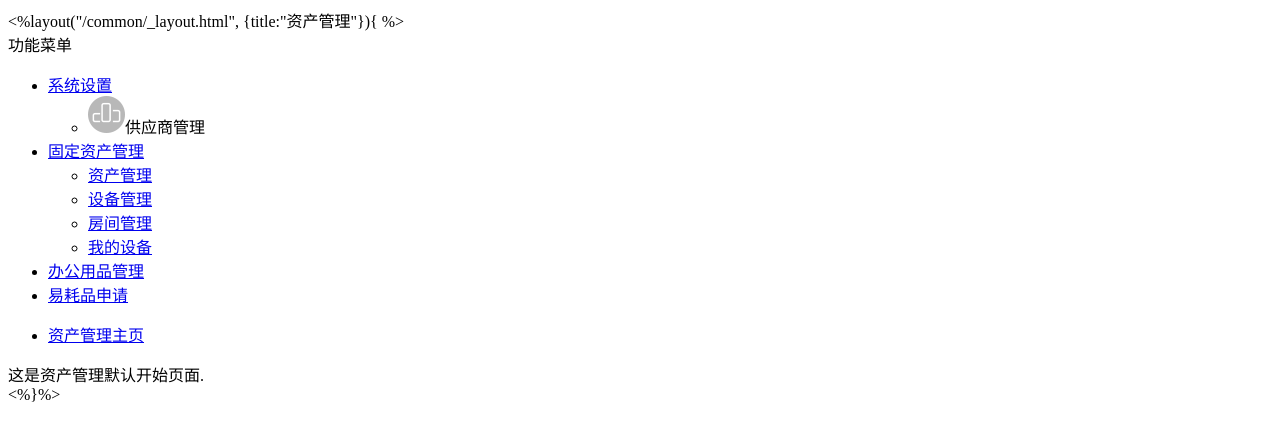
Repository: GaoChengliang/summerTask
Page: Campus_gcl/WebRoot/asset_management/asset.html
These files come from the project's save history. The page is drawn as it stood at one moment and after the next save; the edit follows.
The browser window is 1280 px wide. The pictures show the whole page.

Above is the page before, as saved 2015-09-09 01:17:13.
Console error: ReferenceError: jQuery is not defined

### Campus_gcl/WebRoot/asset_management/asset.html
<%layout("/common/_layout.html", {title:"资产管理"}){ %>
<div class="container-fluid">
	<div class="row">
		<div class="col-md-2 sidebar-2">
			<div class="sub-header">
				<div class="nav nac-sidebar font-style-background-blue">功能菜单</div>
			</div>

			<div class="mtree-demo">
				<ul class="mtree bubba">
					<li class="mtree-node"><a href="#">系统设置</a>
						<ul class="mtree-level-1">
							<li><a name="supplier_manage"><img src="/img/logo/supplier_manage.png" alt="供应商管理" height:"16px"/>供应商管理</a></li>
						</ul></li>

					<li class="mtree-node"><a href="#">固定资产管理</a>
						<ul class="mtree-level-1">
							<li><a href="#">资产管理</a></li>
							<li><a href="#">设备管理</a></li>
							<li><a href="#">房间管理</a></li>
							<li><a href="#">我的设备</a></li>
						</ul></li>
					<li><a href="#">办公用品管理</a></li>
					<li><a href="#">易耗品申请</a></li>
				</ul>
			</div>


		</div>
		<div class="col-md-10 col-md-offset-2">
			<div class="main">
				<div id="content">
					<div id="tabs">
						<ul>
							<li><a href="#home">资产管理主页</a></li>
						</ul>
						<div id="home">这是资产管理默认开始页面.</div>
					</div>
				</div>
			</div>
		</div>
	</div>
</div>
<script src="/js/sider/sider.js"></script>
<script src="/js/tabs/tab.js"></script>
<%}%>

### Campus_gcl/WebRoot/js/sider/sider.js
(function ($, window, document, undefined) {
	    if ($('ul.mtree').length) {
	        var collapsed = true;
	        var close_same_level = false;
	        var duration = 400;
	        var listAnim = true;
	        var easing = 'easeOutQuart';
	        $('.mtree ul').css({
	            'overflow': 'hidden',
	            'height': collapsed ? 0 : 'auto',
	            'display': collapsed ? 'none' : 'block'
	        });
	        var node = $('.mtree li:has(ul)');
	        node.each(function (index, val) {
	            $(this).children(':first-child').css('cursor', 'pointer');
	            $(this).addClass('mtree-node mtree-' + (collapsed ? 'closed' : 'open'));
	            $(this).children('ul').addClass('mtree-level-' + ($(this).parentsUntil($('ul.mtree'), 'ul').length + 1));
	        });
	        $('.mtree li > *:first-child').on('click.mtree-active', function (e) {
	            if ($(this).parent().hasClass('mtree-closed')) {
	                $('.mtree-active').not($(this).parent()).removeClass('mtree-active');
	                $(this).parent().addClass('mtree-active');
	            } else if ($(this).parent().hasClass('mtree-open')) {
	                $(this).parent().removeClass('mtree-active');
	            } else {
	                $('.mtree-active').not($(this).parent()).removeClass('mtree-active');
	                $(this).parent().toggleClass('mtree-active');
	            }
	        });
	        node.children(':first-child').on('click.mtree', function (e) {
	            var el = $(this).parent().children('ul').first();
	            var isOpen = $(this).parent().hasClass('mtree-open');
	            if ((close_same_level || $('.csl').hasClass('active')) && !isOpen) {
	                var close_items = $(this).closest('ul').children('.mtree-open').not($(this).parent()).children('ul');
	                if ($.Velocity) {
	                    close_items.velocity({ height: 0 }, {
	                        duration: duration,
	                        easing: easing,
	                        display: 'none',
	                        delay: 100,
	                        complete: function () {
	                            setNodeClass($(this).parent(), true);
	                        }
	                    });
	                } else {
	                    close_items.delay(100).slideToggle(duration, function () {
	                        setNodeClass($(this).parent(), true);
	                    });
	                }
	            }
	            el.css({ 'height': 'auto' });
	            if (!isOpen && $.Velocity && listAnim)
	                el.find(' > li, li.mtree-open > ul > li').css({ 'opacity': 0 }).velocity('stop').velocity('list');
	            if ($.Velocity) {
	                el.velocity('stop').velocity({
	                    height: isOpen ? [
	                        0,
	                        el.outerHeight()
	                    ] : [
	                        el.outerHeight(),
	                        0
	                    ]
	                }, {
	                    queue: false,
	                    duration: duration,
	                    easing: easing,
	                    display: isOpen ? 'none' : 'block',
	                    begin: setNodeClass($(this).parent(), isOpen),
	                    complete: function () {
	                        if (!isOpen)
	                            $(this).css('height', 'auto');
	                    }
	                });
	            } else {
	                setNodeClass($(this).parent(), isOpen);
	                el.slideToggle(duration);
	            }
	            e.preventDefault();
	        });
	        function setNodeClass(el, isOpen) {
	            if (isOpen) {
	                el.removeClass('mtree-open').addClass('mtree-closed');
	            } else {
	                el.removeClass('mtree-closed').addClass('mtree-open');
	            }
	        }
	        if ($.Velocity && listAnim) {
	            $.Velocity.Sequences.list = function (element, options, index, size) {
	                $.Velocity.animate(element, {
	                    opacity: [
	                        1,
	                        0
	                    ],
	                    translateY: [
	                        0,
	                        -(index + 1)
	                    ]
	                }, {
	                    delay: index * (duration / size / 2),
	                    duration: duration,
	                    easing: easing
	                });
	            };
	        }
	        if ($('.mtree').css('opacity') == 0) {
	            if ($.Velocity) {
	                $('.mtree').css('opacity', 1).children().css('opacity', 0).velocity('list');
	            } else {
	                $('.mtree').show(200);
	            }
	        }
	    }
	}(jQuery, this, this.document));

### Campus_gcl/WebRoot/js/tabs/tab.js
$(function(){
	var tabs = $("#tabs").iframeTabs({'wrapperClass':'tab-wrapper', 'height':700});
	  $("a[name='supplier_manage_link']").click(function(event){
		  event.preventDefault();
		  var title = $(this).text();
		  tabs.addTab('supplier-manage', title, 'supplier');
      });

		$("a[name='supplier_manage_link']").hover(function(event) {
			$(this).find('img').attr("src", "/img/logo/supplier_manage_chosen.png");
		}, function(event) {
			$(this).find('img').attr("src", "/img/logo/supplier_manage.png");
		});


});

After the next save:
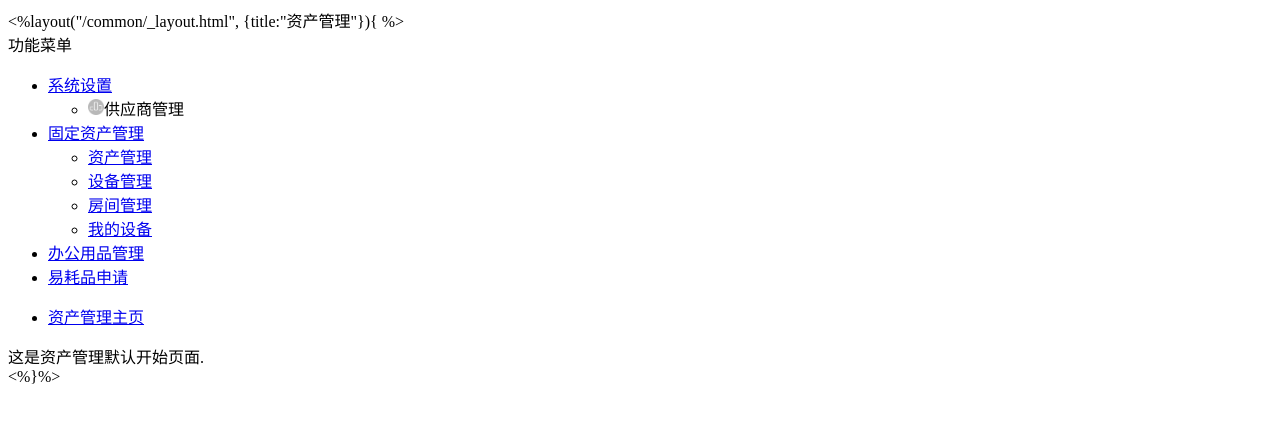
Saved 65 s later.
--- a/Campus_gcl/WebRoot/asset_management/asset.html
+++ b/Campus_gcl/WebRoot/asset_management/asset.html
@@ -10,7 +10,7 @@
 				<ul class="mtree bubba">
 					<li class="mtree-node"><a href="#">系统设置</a>
 						<ul class="mtree-level-1">
-							<li><a name="supplier_manage"><img src="/img/logo/supplier_manage.png" alt="供应商管理" height:"16px"/>供应商管理</a></li>
+							<li><a name="supplier_manage"><img src="/img/logo/supplier_manage.png" alt="供应商管理" height="16px" width="16px"/>供应商管理</a></li>
 						</ul></li>
 
 					<li class="mtree-node"><a href="#">固定资产管理</a>
